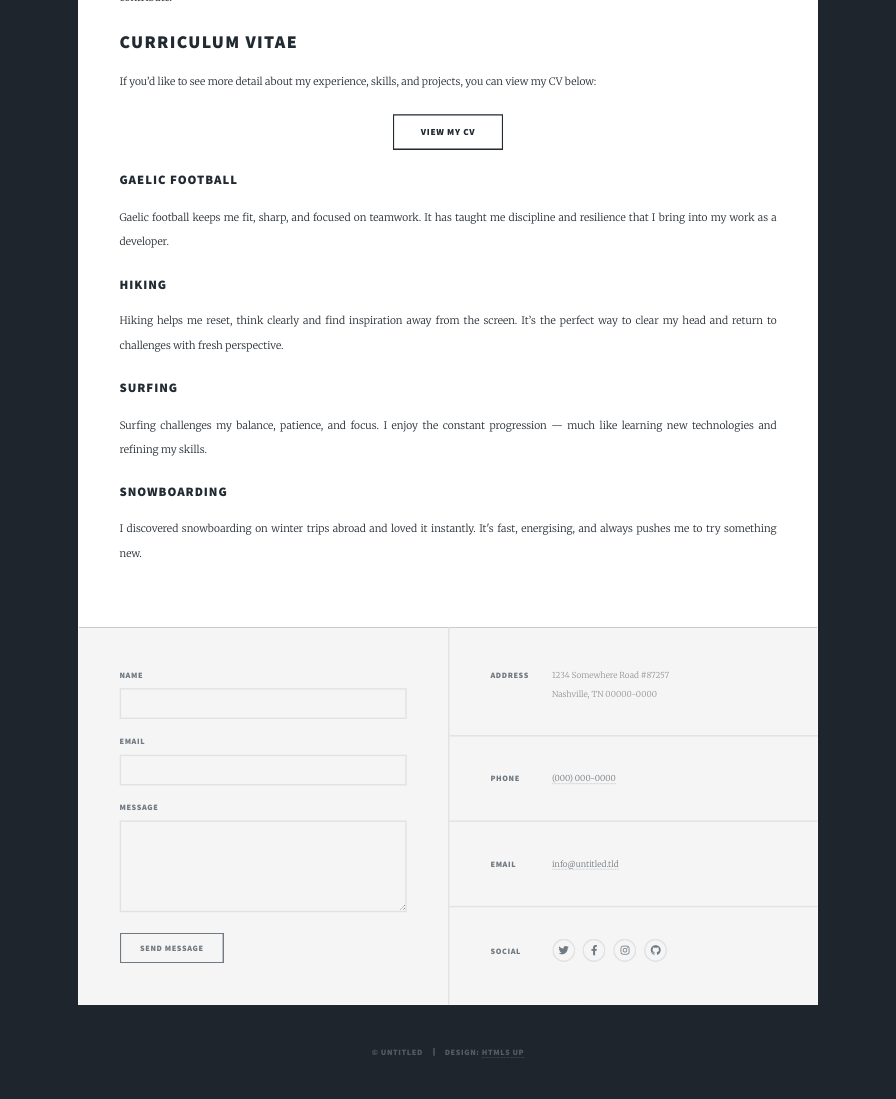
Repository: ciaranscan6/PersonalWebsite
Page: about-me.html
An editor plug-in stored every save of this project. The page is shown before and after the next save, followed by the edit.
The browser window is 1280 px wide. The pictures show the part of the page from y = 1403 to 3323 px (the page is 2973 px tall before and 3537 px after), at 70% of full size.

Above is the page before, as saved 2025-11-22 02:22:28.

### about-me.html
<!DOCTYPE HTML>
<!--
	Massively by HTML5 UP
	html5up.net | @ajlkn
	Free for personal and commercial use under the CCA 3.0 license (html5up.net/license)
-->
<html>
	<head>
		<title>About Me</title>
		<meta charset="utf-8" />
		<meta name="viewport" content="width=device-width, initial-scale=1, user-scalable=no" />
		<link rel="stylesheet" href="assets/css/main.css" />
		<noscript><link rel="stylesheet" href="assets/css/noscript.css" /></noscript>

		<!-- Small custom styles for the hobbies section -->
		<style>
			/* Existing custom styles (if any) can stay above or below */

			.hobbies {
				margin-top: 3rem;
			}

			.hobby-rotator-wrapper {
				max-width: 300px;     /* control size here */
				margin: 0 auto 2rem;  /* center + space under */
			}

			.hobby-rotator-wrapper img {
				width: 100%;
				border-radius: 0.5rem;
			}

			/* Fade animation */
			#hobby-rotator {
				opacity: 1;
				transition: opacity 0.5s ease;
			}

			#hobby-rotator.fade-out {
				opacity: 0;
			}
		</style>

	</head>
	<body class="is-preload">

		<!-- Wrapper -->
			<div id="wrapper">

				<!-- Header -->
					<header id="header">
						<a href="index.html" class="logo">Ciarán Scanlon</a>
					</header>

				<!-- Nav -->
					<nav id="nav">
						<ul class="links">
							<li><a href="index.html">Projects</a></li>
							<li class="active"><a href="about-me.html">About Me</a></li>
							<li><a href="elements.html">Elements Reference</a></li>
						</ul>
						<ul class="icons">
							<li><a href="#" class="icon brands fa-linkedin"><span class="label">LinkedIn</span></a></li>
							<li><a href="#" class="icon brands fa-facebook-f"><span class="label">Facebook</span></a></li>
							<li><a href="#" class="icon brands fa-instagram"><span class="label">Instagram</span></a></li>
							<li><a href="#" class="icon brands fa-github"><span class="label">GitHub</span></a></li>
						</ul>
					</nav>

				<!-- Main -->
					<div id="main">

						<!-- Post -->
							<section class="post">
								<header class="major">
									<span class="date">November 21, 2025</span>
									<h1>A Bit About Me</h1>
									<p>
										I’m a 23-year-old Computer Science graduate from University College Dublin, originally from Longford, Ireland.
										I’m outgoing, adventurous, and love solving real-world problems with technology.
									</p>
								</header>

								<!-- Main portrait / banner image -->
								<div class="image main">
									<img src="images/pic01.jpg" alt="Photo of Ciarán Scanlon" />
								</div>

								<!-- About Me Content -->
								<p>
									I studied Computer Science at <strong>University College Dublin (UCD)</strong>, where I developed a strong foundation in
									software development, problem solving, and working with others on challenging projects. I’m particularly interested in
									<strong>cybersecurity</strong>, <strong>sustainability</strong>, and building software that can make a meaningful difference
									to people and the planet.
								</p>

								<p>
									I enjoy working on projects where I can learn quickly, think creatively, and collaborate with others. Whether it’s
									designing secure systems, improving user experiences, or experimenting with new technologies, I’m always looking for
									opportunities to grow and contribute.
								</p>

								<!-- CV Button -->
								<section>
									<h2>Curriculum Vitae</h2>
									<p>
										If you’d like to see more detail about my experience, skills, and projects, you can view my CV below:
									</p>
									<ul class="actions special">
										<li>
											<a href="files\Ciarán_Scanlon_CV.pdf" target="_blank" class="button large">
												View My CV
											</a>
										</li>
									</ul>
								</section>

								<!-- Hobbies: Four mini slideshows -->
								<div class="hobby-grid">

									<div class="hobby-card">
										<h3>Gaelic Football</h3>
										<p>
											Gaelic football keeps me fit, sharp, and focused on teamwork. It has taught me discipline and resilience that
											I bring into my work as a developer.
										</p>
									</div>

									<div class="hobby-card">
										<h3>Hiking</h3>
										<p>
											Hiking helps me reset, think clearly and find inspiration away from the screen. It’s the perfect way to
											clear my head and return to challenges with fresh perspective.
										</p>
									</div>

									<div class="hobby-card">
										<h3>Surfing</h3>
										<p>
											Surfing challenges my balance, patience, and focus. I enjoy the constant progression — much like learning new
											technologies and refining my skills.
										</p>
									</div>

									<div class="hobby-card">
										<h3>Snowboarding</h3>
										<p>
											I discovered snowboarding on winter trips abroad and loved it instantly. It's fast, energising, and always
											pushes me to try something new.
										</p>
									</div>

								</div>

							</section>

					</div>

				<!-- Footer -->
					<footer id="footer">
						<section>
							<form method="post" action="#">
								<div class="fields">
									<div class="field">
										<label for="name">Name</label>
										<input type="text" name="name" id="name" />
									</div>
									<div class="field">
										<label for="email">Email</label>
										<input type="text" name="email" id="email" />
									</div>
									<div class="field">
										<label for="message">Message</label>
										<textarea name="message" id="message" rows="3"></textarea>
									</div>
								</div>
								<ul class="actions">
									<li><input type="submit" value="Send Message" /></li>
								</ul>
							</form>
						</section>
						<section class="split contact">
							<section class="alt">
								<h3>Address</h3>
								<p>1234 Somewhere Road #87257<br />
								Nashville, TN 00000-0000</p>
							</section>
							<section>
								<h3>Phone</h3>
								<p><a href="#">(000) 000-0000</a></p>
							</section>
							<section>
								<h3>Email</h3>
								<p><a href="#">info@untitled.tld</a></p>
							</section>
							<section>
								<h3>Social</h3>
								<ul class="icons alt">
									<li><a href="#" class="icon brands alt fa-twitter"><span class="label">Twitter</span></a></li>
									<li><a href="#" class="icon brands alt fa-facebook-f"><span class="label">Facebook</span></a></li>
									<li><a href="#" class="icon brands alt fa-instagram"><span class="label">Instagram</span></a></li>
									<li><a href="#" class="icon brands alt fa-github"><span class="label">GitHub</span></a></li>
								</ul>
							</section>
						</section>
					</footer>

				<!-- Copyright -->
					<div id="copyright">
						<ul><li>&copy; Untitled</li><li>Design: <a href="https://html5up.net">HTML5 UP</a></li></ul>
					</div>

			</div>

		<!-- Scripts -->
			<script src="assets/js/jquery.min.js"></script>
			<script src="assets/js/jquery.scrollex.min.js"></script>
			<script src="assets/js/jquery.scrolly.min.js"></script>
			<script src="assets/js/browser.min.js"></script>
			<script src="assets/js/breakpoints.min.js"></script>
			<script src="assets/js/util.js"></script>
			<script src="assets/js/main.js"></script>

			<!-- JS: mini-slideshows for each hobby -->
			<script>
				document.addEventListener('DOMContentLoaded', function () {
					const imgElement = document.getElementById("hobby-rotator");
					if (!imgElement) return; // safety check

					const images = [
						"images/hobbies/gaelic1.png",
						"images/hobbies/gaelic2.jpg",
						"images/hobbies/hiking1.jpg",
						"images/hobbies/hiking2.jpg",
						"images/hobbies/surf1.jpg",
						"images/hobbies/surf2.jpg",
						"images/hobbies/snow1.jpg",
						"images/hobbies/snow2.jpg"
					];

					let current = 0;

					function rotateImages() {
						// apply fade-out
						imgElement.classList.add("fade-out");

						setTimeout(() => {
							// move to next image
							current = (current + 1) % images.length;
							imgElement.src = images[current];
							// remove fade-out to fade back in
							imgElement.classList.remove("fade-out");
						}, 500); // match the CSS transition time
					}

					// Start rotating every 3 seconds
					setInterval(rotateImages, 6000);
				});
			</script>



	</body>
</html>

Loaded but not shown: assets/js/jquery.min.js (library); assets/js/jquery.scrollex.min.js (common file); assets/css/fontawesome-all.min.css (library); assets/js/jquery.scrolly.min.js (common file); assets/js/browser.min.js (common file); assets/js/breakpoints.min.js (common file); assets/js/util.js (587 lines, source omitted); assets/js/main.js (258 lines, source omitted); assets/css/main.css (4689 lines, source omitted)

After the next save:
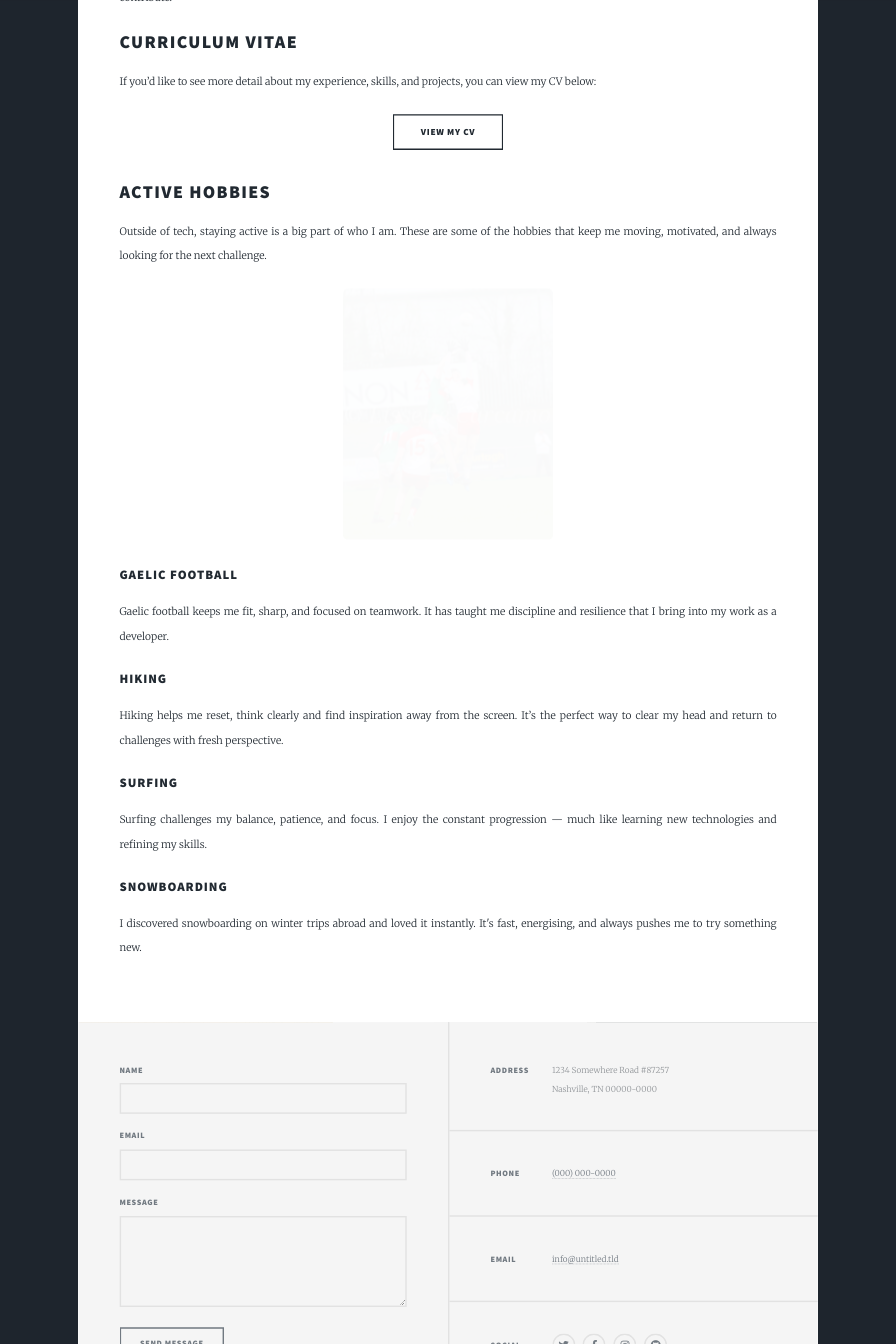
Saved 74 s later.
--- a/about-me.html
+++ b/about-me.html
@@ -116,41 +116,56 @@
 								</section>
 
 								<!-- Hobbies: Four mini slideshows -->
-								<div class="hobby-grid">
-
-									<div class="hobby-card">
-										<h3>Gaelic Football</h3>
-										<p>
-											Gaelic football keeps me fit, sharp, and focused on teamwork. It has taught me discipline and resilience that
-											I bring into my work as a developer.
-										</p>
-									</div>
-
-									<div class="hobby-card">
-										<h3>Hiking</h3>
-										<p>
-											Hiking helps me reset, think clearly and find inspiration away from the screen. It’s the perfect way to
-											clear my head and return to challenges with fresh perspective.
-										</p>
-									</div>
-
-									<div class="hobby-card">
-										<h3>Surfing</h3>
-										<p>
-											Surfing challenges my balance, patience, and focus. I enjoy the constant progression — much like learning new
-											technologies and refining my skills.
-										</p>
-									</div>
-
-									<div class="hobby-card">
-										<h3>Snowboarding</h3>
-										<p>
-											I discovered snowboarding on winter trips abroad and loved it instantly. It's fast, energising, and always
-											pushes me to try something new.
-										</p>
-									</div>
-
-								</div>
+								<section class="hobbies">
+									<h2>Active Hobbies</h2>
+									<p>
+										Outside of tech, staying active is a big part of who I am. These are some of the hobbies that keep me moving,
+										motivated, and always looking for the next challenge.
+									</p>
+
+									<!-- Single rotating image, smaller and centered -->
+									<div class="hobby-rotator-wrapper">
+										<span class="image fit">
+											<img id="hobby-rotator" src="images/hobbies/gaelic1.png" alt="Hobby slideshow" />
+										</span>
+									</div>
+
+									<div class="hobby-grid">
+
+										<div class="hobby-card">
+											<h3>Gaelic Football</h3>
+											<p>
+												Gaelic football keeps me fit, sharp, and focused on teamwork. It has taught me discipline and resilience that
+												I bring into my work as a developer.
+											</p>
+										</div>
+
+										<div class="hobby-card">
+											<h3>Hiking</h3>
+											<p>
+												Hiking helps me reset, think clearly and find inspiration away from the screen. It’s the perfect way to
+												clear my head and return to challenges with fresh perspective.
+											</p>
+										</div>
+
+										<div class="hobby-card">
+											<h3>Surfing</h3>
+											<p>
+												Surfing challenges my balance, patience, and focus. I enjoy the constant progression — much like learning new
+												technologies and refining my skills.
+											</p>
+										</div>
+
+										<div class="hobby-card">
+											<h3>Snowboarding</h3>
+											<p>
+												I discovered snowboarding on winter trips abroad and loved it instantly. It's fast, energising, and always
+												pushes me to try something new.
+											</p>
+										</div>
+
+									</div>
+								</section>
 
 							</section>
 
